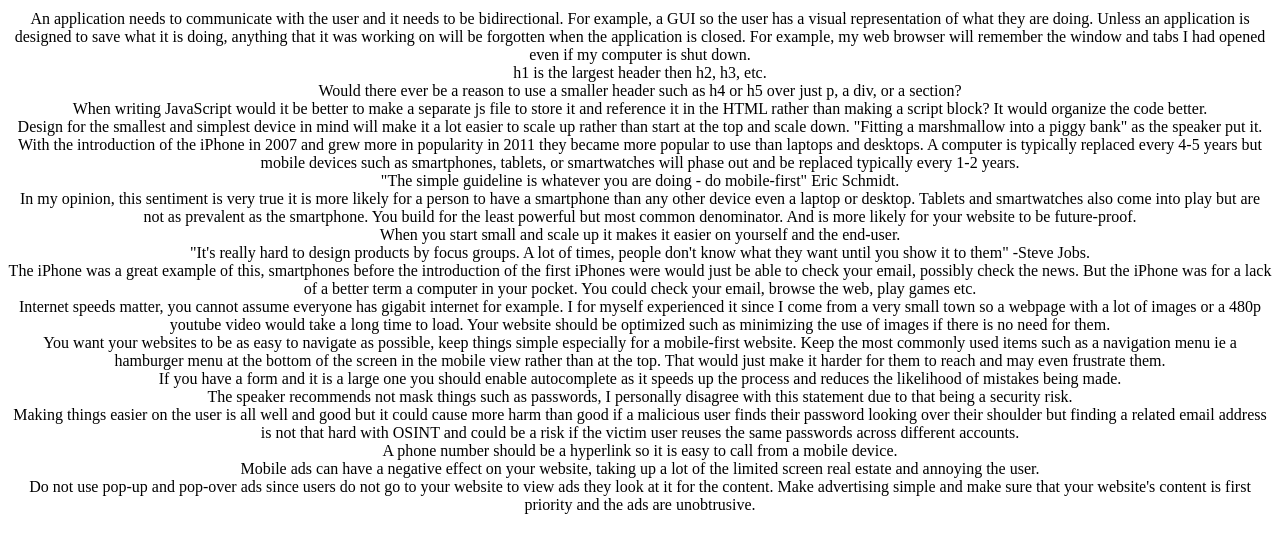
Repository: jknudsen97/WDD-330-Portfolio
Page: week1/notes.html
The author's editor kept a copy of each file at every save. The page is drawn from the files as they stood at one save, then again after the next save.
The browser window is 1280 px wide. The pictures show the whole page.

Above is the page before, as saved 2021-10-20 20:08:35.

After the next save:
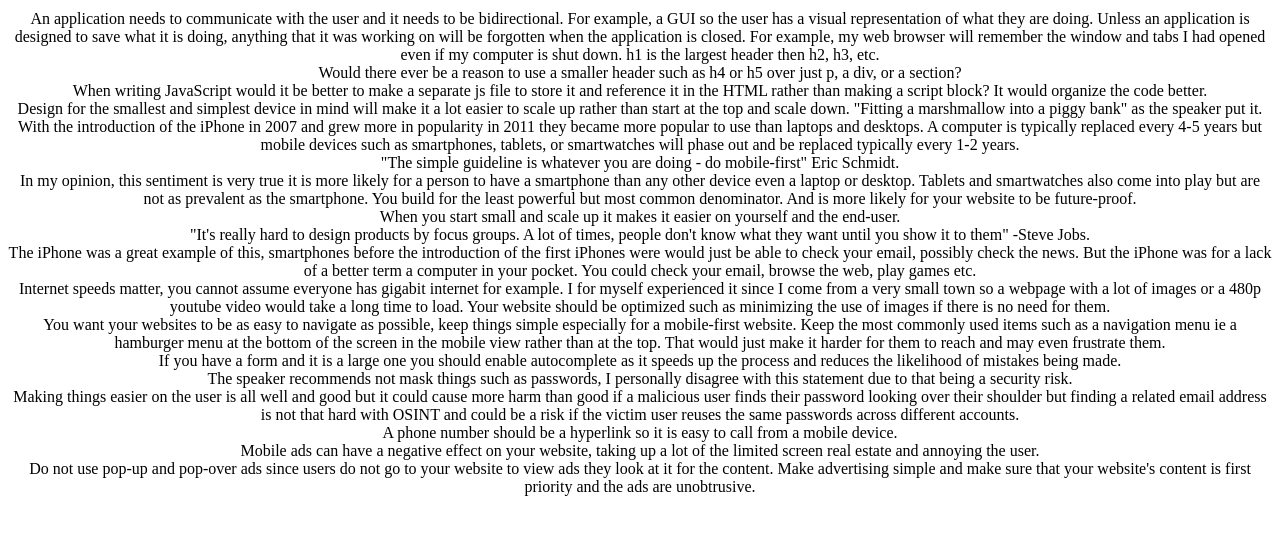
Saved 60 s later.
--- a/week1/notes.html
+++ b/week1/notes.html
@@ -9,7 +9,7 @@
 </head>
 <body>
     <p>
-        An application needs to communicate with the user and it needs to be bidirectional. For example, a GUI so the user has a visual representation of what they are doing. Unless an application is designed to save what it is doing, anything that it was working on will be forgotten when the application is closed. For example, my web browser will remember the window and tabs I had opened even if my computer is shut down.
+        An application needs to communicate with the user and it needs to be bidirectional. For example, a GUI so the user has a visual representation of what they are doing. Unless an application is designed to save what it is doing, anything that it was working on will be forgotten when the application is closed. For example, my web browser will remember the window and tabs I had opened even if my computer is shut down.<br?
         <br>
         h1 is the largest header then h2, h3, etc.<br>
         Would there ever be a reason to use a smaller header such as h4 or h5 over just p, a div, or a section?
